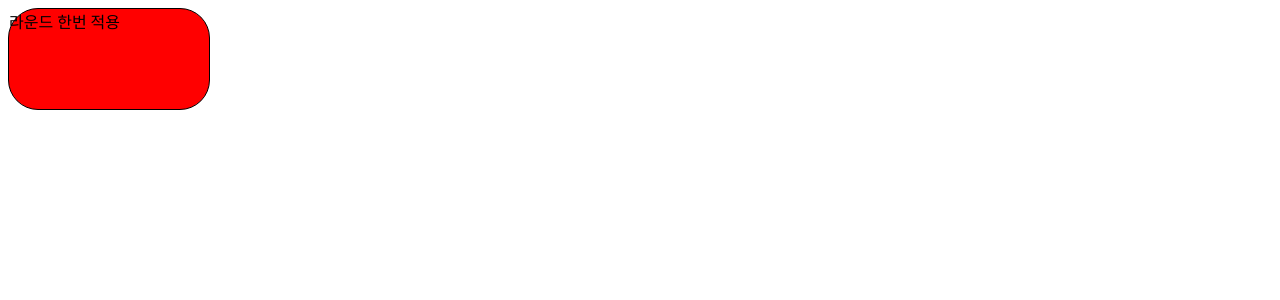
Repository: jeemaru/htme_01
Page: css_02/ex_05.html
The author's editor kept a copy of each file at every save. The page is drawn from the files as they stood at one save, then again after the next save.
The browser window is 1280 px wide. The pictures show the whole page.

Above is the page before, as saved 2022-04-07 05:10:07.

After the next save:
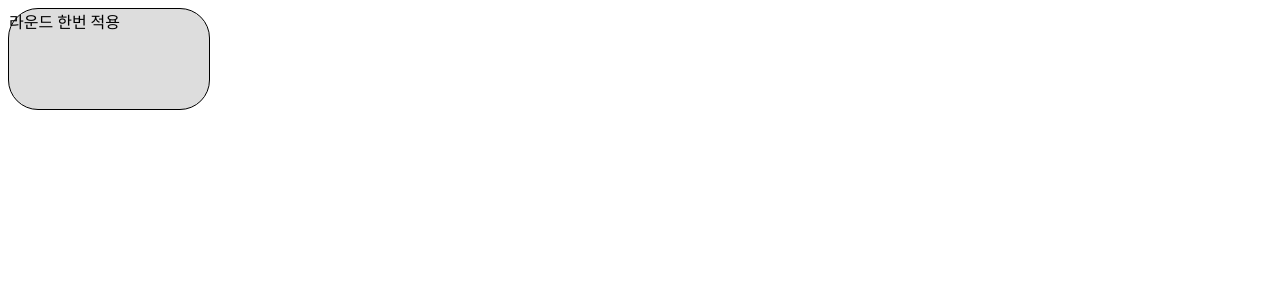
Saved 12 s later.
--- a/css_02/ex_05.html
+++ b/css_02/ex_05.html
@@ -6,7 +6,7 @@
         <title>스타일시트</title>
         <!-- 스타일시트자리 -->
         <style>
-        	.div-all{background-color: #ff0000;
+        	.div-all{background-color: #dddddd;
         			 width: 200px;
         			 height: 100px;
         			 border: 1px solid #000000;
